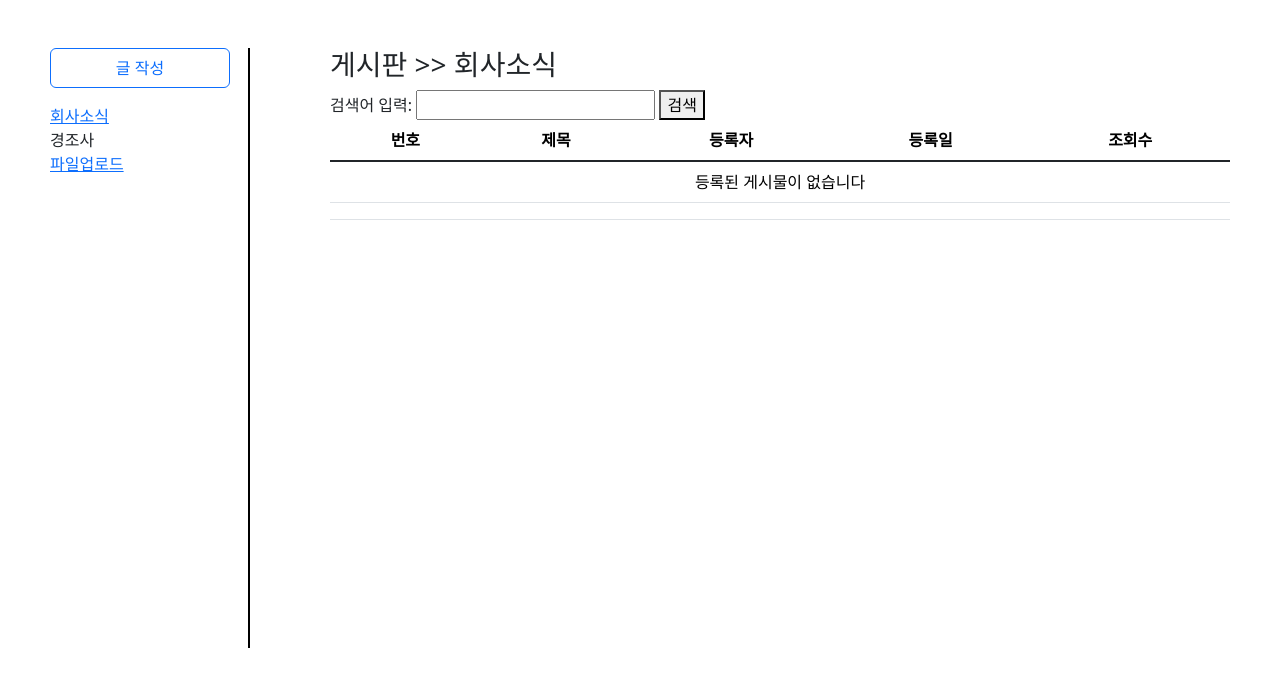
Repository: KimDongGyuu/final
Page: http://localhost/aceworks/WEB-INF/views/company_news/company_news_List.jsp
The author's editor kept a copy of each file at every save. The page is drawn from the files as they stood at one save, then again after the next save.
The browser window is 1280 px wide. The pictures show the whole page.
The page is served by Tomcat 9. Nobody is signed in. Other server files are loaded and not shown. The template is opened directly, without the code that normally fills it, so the values that code supplies are empty.

Above is the page before, as saved 2024-03-16 13:07:15.

### aceworks/src/main/webapp/WEB-INF/views/company_news/company_news_List.jsp
<%@ page language="java" contentType="text/html; charset=UTF-8"
	pageEncoding="UTF-8"%>
<%@ include file="/WEB-INF/views/include/style.jsp"%>
<%@ taglib uri="http://java.sun.com/jsp/jstl/core" prefix="c"%>
<!DOCTYPE html>
<html>
<head>
<meta charset="UTF-8">
<title>Insert title here</title>
<style>
#left {
	width: 200px;
	height: 600px;
	float: left;
	border-right: 2px solid black;
	margin-left: 50px;
}

#right {
	width: 900px;
	height: 600px;
	margin-left: 330px;
}

#bt {
	width: 180px;
	height: 40px;
}

h3 {
	text-align: center;
}
</style>
</head>
<body>


	<div>
		<div id="left">
			<button id="bt" type="button" class="btn btn-outline-primary"
				onclick="location.href='company_news_Writeform.do';">글 작성</button>
<div class="mt-3"><a href="company_news_List.do">회사소식</a> <br> 경조사 <br><a href="fileUploadForm.do">파일업로드</a></div>
		</div>
		<div id="right">
		<div class="mt-5 mb-2"><span class="h3">게시판 &gt;&gt; 회사소식</span></div>
<div>
    <form action="search.do" method="GET">
        <label for="searchKeyword">검색어 입력:</label>
        <input type="text" id="searchKeyword" name="keyword">
        <button type="submit">검색</button>
    </form>
</div>
			<table width="1000" cellspacing="0" class="table table-hover">
				<thead>
					<tr align="center">
						<th scope="col">번호</th>
						<th scope="col">제목</th>
						<th scope="col">등록자</th>
						<th scope="col">등록일</th>
						<th scope="col">조회수</th>
					</tr>
				</thead>

				<tbody class="table-group-divider">
			<c:if test="${empty lists }">
				<tr>
					<td colspan="5" align="center">등록된 게시물이 없습니다</td>
				</tr>
			</c:if>

			<c:forEach var="dto" items="${lists }">
			<tr class="text-center">
			<th scope="row">${dto.news_idx }</th>
			<c:url var="company_newsContentUrl" value="company_news_Content.do">
				<c:param name="news_idx">${dto.news_idx }</c:param>
			</c:url>
			<td><a href="${company_newsContentUrl }">${dto.news_title }</a></td>
			<td>${dto.news_writer }</td>
			<td>${dto.news_writedate }</td>
			<td>${dto.news_readnum }</td>
			</tr>
			</c:forEach>
				</tbody>

				<tfoot>
					<tr>
						<td colspan="5" align="center">${pageStr }</td>
					</tr>
				</tfoot>
			</table>
		</div>
	</div>
</body>
</html>

### aceworks/src/main/webapp/WEB-INF/views/include/style.jsp
<%@ page language="java" contentType="text/html; charset=UTF-8"
    pageEncoding="UTF-8"%>
<!DOCTYPE html>
<html>
<head>
<meta charset="UTF-8">
<title>Insert title here</title>
<link
   href="https://cdn.jsdelivr.net/npm/bootstrap@5.3.3/dist/css/bootstrap.min.css"
   rel="stylesheet"
   integrity="sha384-QWTKZyjpPEjISv5WaRU9OFeRpok6YctnYmDr5pNlyT2bRjXh0JMhjY6hW+ALEwIH"
   crossorigin="anonymous">
<script
   src="https://cdn.jsdelivr.net/npm/bootstrap@5.3.3/dist/js/bootstrap.bundle.min.js"
   integrity="sha384-YvpcrYf0tY3lHB60NNkmXc5s9fDVZLESaAA55NDzOxhy9GkcIdslK1eN7N6jIeHz"
   crossorigin="anonymous"></script>
<script
   src="https://cdn.jsdelivr.net/npm/@popperjs/core@2.11.8/dist/umd/popper.min.js"
   integrity="sha384-I7E8VVD/ismYTF4hNIPjVp/Zjvgyol6VFvRkX/vR+Vc4jQkC+hVqc2pM8ODewa9r"
   crossorigin="anonymous"></script>
<script
   src="https://cdn.jsdelivr.net/npm/bootstrap@5.3.3/dist/js/bootstrap.min.js"
   integrity="sha384-0pUGZvbkm6XF6gxjEnlmuGrJXVbNuzT9qBBavbLwCsOGabYfZo0T0to5eqruptLy"
   crossorigin="anonymous"></script>
</head>
<body>

</body>
</html>

After the next save:
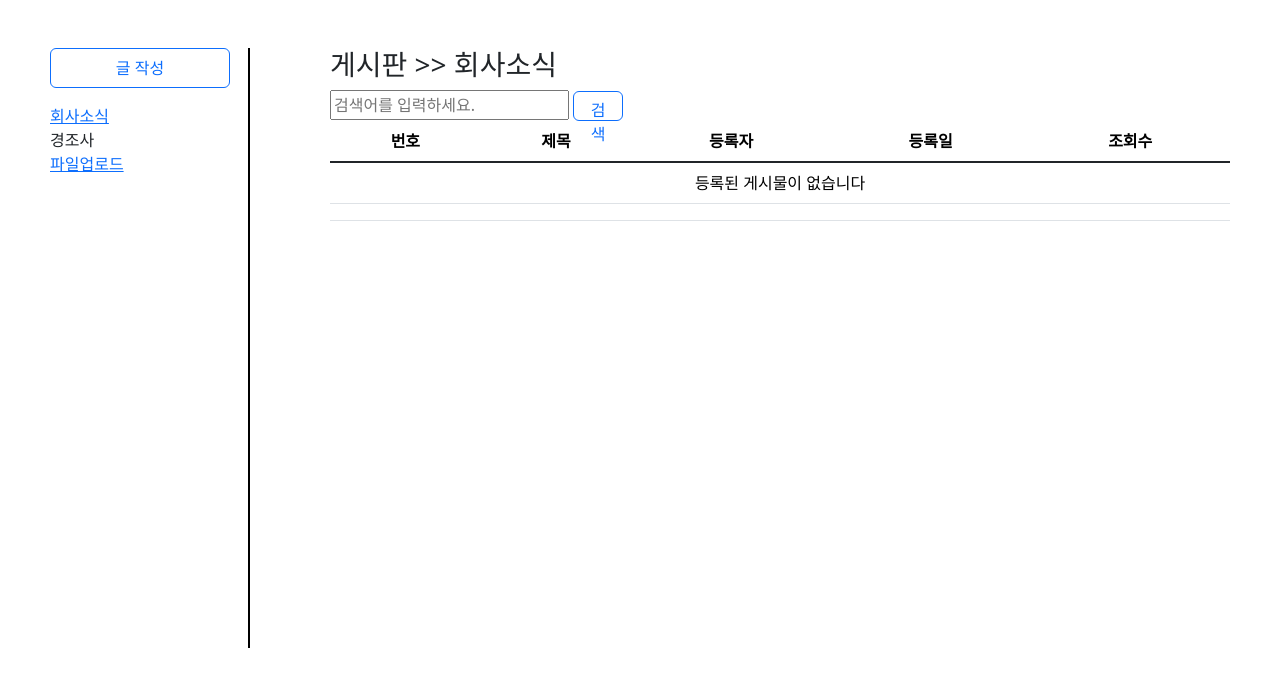
Saved 13 min 15 s later.
--- a/aceworks/src/main/webapp/WEB-INF/views/company_news/company_news_List.jsp
+++ b/aceworks/src/main/webapp/WEB-INF/views/company_news/company_news_List.jsp
@@ -27,6 +27,11 @@
 	height: 40px;
 }
 
+#Sbt {
+	width: 50px;
+	height: 30px;
+}
+
 h3 {
 	text-align: center;
 }
@@ -44,10 +49,9 @@ h3 {
 		<div id="right">
 		<div class="mt-5 mb-2"><span class="h3">게시판 &gt;&gt; 회사소식</span></div>
 <div>
-    <form action="search.do" method="GET">
-        <label for="searchKeyword">검색어 입력:</label>
-        <input type="text" id="searchKeyword" name="keyword">
-        <button type="submit">검색</button>
+    <form action="company_newsSearch.do">
+        <input type="text" id="searchKeyword" name="keyword" placeholder="검색어를 입력하세요.">
+        <button id="Sbt" type="submit" class="btn btn-outline-primary">검색</button>
     </form>
 </div>
 			<table width="1000" cellspacing="0" class="table table-hover">
